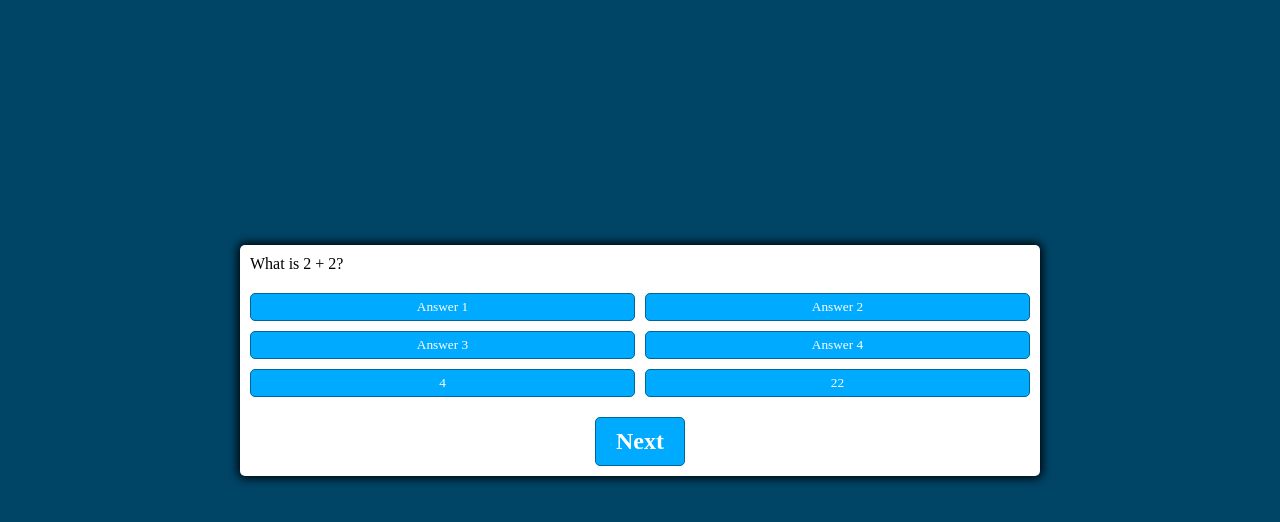
Repository: DaNiels89/quiz-js
Page: index.html
These files come from the project's save history. The page is drawn as it stood at one moment and after the next save; the edit follows.
The browser window is 1280 px wide. The pictures show the whole page.
After loading, the first visible `#start-btn` was clicked once.

Above is the page before, as saved 2020-06-22 10:37:54.

### index.html
<!DOCTYPE html>
<html lang="en">

<head>
    <meta charset="UTF-8">
    <meta name="viewport" content="width=device-width, initial-scale=1.0">
    <link rel="stylesheet" href="css/styles.css">
    <script defer src="js/script.js"></script>
    <title>Quiz</title>
</head>

<body>
    <div class="container">
        <div id="question-container" class="hide">
            <div id="question">Question</div>
            <div id="answer-buttons" class="btn-grid">
                <button class="btn">Answer 1</button>
                <button class="btn">Answer 2</button>
                <button class="btn">Answer 3</button>
                <button class="btn">Answer 4</button>
            </div>
        </div>
        <div class="controls">
            <button id="start-btn" class="start-btn btn">Start</button>
            <button id="next-btn" class="next-btn btn hide">Next</button>
        </div>
    </div>
</body>

</html>

### css/styles.css
*, *::before, *::after {
    box-sizing: border-box;
    font-family: Gotham Rounded;
}

:root {
    --hue-neutral: 200;
    --hue-wrong: 0;
    --hue-correct: 145;
}

body {
    --hue: var(--hue-neutral);
    padding: 0;
    margin: 0;
    display: flex;
    width: 100vw;
    height: 100vh;
    justify-content: center;
    align-items: center;
    background-color: hsl(var(--hue), 100%, 20%);
}

body.correct {
    --hue: var(--hue-correct);
}

body.wrong {
    --hue: var(--hue-wrong);
}

.container {
    width: 800px;
    max-width: 80%;
    background-color: white;
    border-radius: 5px;
    padding: 10px;
    box-shadow: 0 0 10px 2px;
}

.btn-grid {
    display: grid;
    grid-template-columns: repeat(2, auto);
    gap: 10px;
    margin: 20px 0;
}

.btn {
    --hue: var(--hue-neutral);
    border: 1px solid hsl(var(--hue), 100%, 30%);
    background-color: hsl(var(--hue), 100%, 50%);
    border-radius: 5px;
    padding: 5px 10px;
    color: white;
    outline: none;
}

.btn:hover {
    border-color: black
}

.btn.correct {
    --hue: var(--hue-correct);
    color: black;
}

.btn.wrong {
    --hue: var(--hue-wrong);
}

.start-btn, .next-btn {
    font-size: 1.5rem;
    font-weight: bold;
    padding: 10px 20px;
}

.controls {
    display: flex;
    justify-content: center;
    align-items: center;
}

.hide {
    display: none;
}

### js/script.js
const startButton = document.getElementById('start-btn')
const nextButton = document.getElementById('next-btn')
const questionContainerElement = document.getElementById('question-container')
const questionElement = document.getElementById('question')
const answerButtonsElement = document.getElementById('answer-buttons')

let shuffeledQuestions, currentQuestionIndex

startButton.addEventListener('click', startGame)

function startGame() {
    startButton.classList.add('hide')
    nextButton.classList.remove('hide')
    shuffeledQuestions = questions.sort(() => Math.random() - .5)
    currentQuestionIndex = 0
    questionContainerElement.classList.remove('hide')
    setNextQuestion()
}

function setNextQuestion() {
    showQuestion(shuffeledQuestions[currentQuestionIndex])
}

function showQuestion(question) {
    questionElement.innerText = question.question
    question.answers.forEach(answer => {
        const button = document.createElement('button')
        button.innerText = answer.text
        button.classList.add('btn')
        if (answer.correct) {
            button.dataset.correct = answer.correct
        }
        button.addEventListener('click', selectAnswer)
        answerButtonsElement.appendChild(button)
    })
}

function selectAnswer() {

}

const questions = [
    {
        question: 'What is 2 + 2?',
        answers: [
            { text: '4', correct: true },
            { text: '22', correct: false }
        ]
    }

]

After the next save:
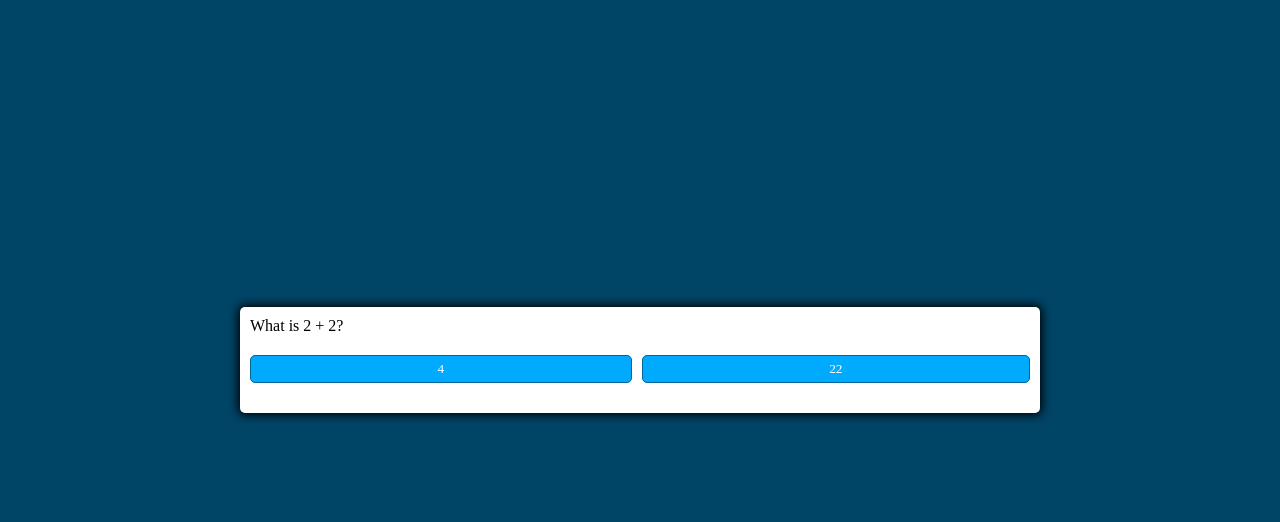
Saved 2 min 8 s later.
--- a/js/script.js
+++ b/js/script.js
@@ -18,6 +18,7 @@ function startGame() {
 }
 
 function setNextQuestion() {
+    resetState()
     showQuestion(shuffeledQuestions[currentQuestionIndex])
 }
 
@@ -35,6 +36,13 @@ function showQuestion(question) {
     })
 }
 
+function resetState() {
+    nextButton.classList.add('hide')
+    while (answerButtonsElement.firstChild) {
+        answerButtonsElement.removeChild(answerButtonsElement.firstChild)
+    }
+}
+
 function selectAnswer() {
 
 }
